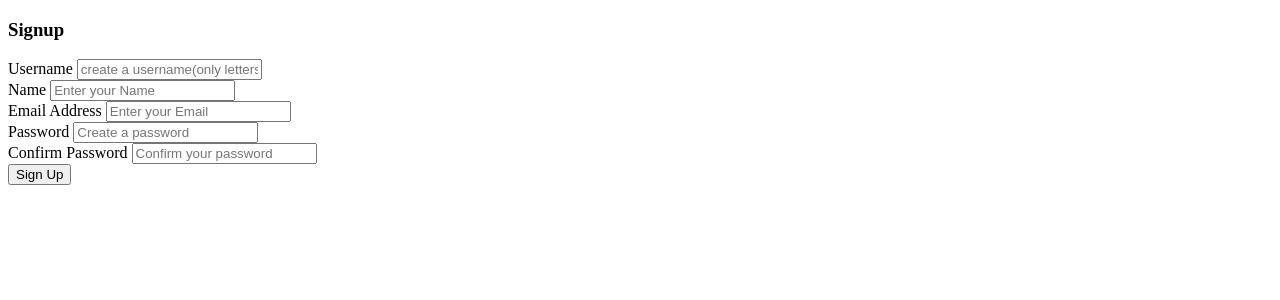
Repository: DHYEY3559/CVM-Project
Page: http://localhost/signup
These files come from the project's save history. The page is drawn as it stood at one moment and after the next save; the edit follows.
The browser window is 1280 px wide. The pictures show the whole page.
The page is served by the project's application, run on Django 5.2 (manage.py). Other server files are loaded and not shown.

Above is the page before, as saved 2024-06-25 12:04:58.

### Login website/templates/auth/signup.html
<!DOCTYPE html>
<!--[if lt IE 7]>      <html class="no-js lt-ie9 lt-ie8 lt-ie7"> <![endif]-->
<!--[if IE 7]>         <html class="no-js lt-ie9 lt-ie8"> <![endif]-->
<!--[if IE 8]>         <html class="no-js lt-ie9"> <![endif]-->
<!--[if gt IE 8]>      <html class="no-js"> <!--<![endif]-->
<html>
    <head>
        <meta charset="utf-8">
        <meta http-equiv="X-UA-Compatible" content="IE=edge">
        <title>Auth</title>
        <meta name="description" content="">
        <meta name="viewport" content="width=device-width, initial-scale=1">
        <link rel="stylesheets" href="">
    </head>
    <body>
        <h3>Signup</h3>
        <form action="/signup" method="post">
            {% csrf_token %}
            <label for="">Username</label>
            <input type="text" id="username" name="username" placeholder="create a username(only letters and numbers)">
            <br>
            <label for="">Name</label>
            <input type="text" id="name" name="name" placeholder="Enter your Name">
            <br>
            <label for="">Email Address</label>
            <input type="email" id="email" name="email" placeholder="Enter your Email">
            <br>
            <label for="">Password</label>
            <input type="password" id="pass1" name="pass1" placeholder="Create a password">
            <br>
            <label for="">Confirm Password</label>
            <input type="password" id="pass2" name="pass2" placeholder="Confirm your password">
            <br>
            <button type="submit">Sign Up</button>
        </form>

        <script src="" async defer></script>
    </body>
</html>

### Login website/auth/views.py
from django.shortcuts import redirect, render
from django.http import HttpResponse
from django.contrib.auth.models import User
from django.contrib import messages
from django.contrib.auth import authenticate,login
# Create your views here.
def home(request):
    return render(request, "auth/index.html")
def signup(request):

    if request.method == "POST":
        username = request.POST['username']
        name = request.POST['name']
        email = request.POST['email']
        pass1 = request.POST['pass1']
        pass2 = request.POST['pass2']

        myuser = User.objects.create_user(username ,email, pass1)
        myuser.first_name= name

        myuser.save()

        messages.success(request ,"Your Account As Been Created Successfully")

        return redirect('signin')
    return render(request, "auth/signup.html")



def signin(request):
    if request.method == 'POST':
        username = request.POST['username']
        pass1 = request.POST['pass1']

        user = authenticate(username=username, password=pass1)

        if user is None:
            login(request, user)
            name = user.first_name
            return render(request, "auth/index.html", {'name': name})

        else:
            messages.error(request, "Bad credentials!")
            return redirect('home')
    return render(request, "auth/signin.html")


def signout(request):
    return render(request, "auth/signup.html")

### Login website/Dhyey/urls.py
"""
URL configuration for Dhyey project.

The `urlpatterns` list routes URLs to views. For more information please see:
    https://docs.djangoproject.com/en/5.0/topics/http/urls/
Examples:
Function views
    1. Add an import:  from my_app import views
    2. Add a URL to urlpatterns:  path('', views.home, name='home')
Class-based views
    1. Add an import:  from other_app.views import Home
    2. Add a URL to urlpatterns:  path('', Home.as_view(), name='home')
Including another URLconf
    1. Import the include() function: from django.urls import include, path
    2. Add a URL to urlpatterns:  path('blog/', include('blog.urls'))
"""
from django.contrib import admin
from django.urls import path,include

urlpatterns = [
    path('admin/', admin.site.urls),
    path('',include('auth.urls')),
]

### Login website/auth/urls.py
from django.contrib import admin
from django.urls import path,include
from . import views

urlpatterns = [
    path('', views.home ,name="home"),
    path('signup',views.signup, name="signup"),
    path('signin',views.signin, name="signin"),
    path('signout',views.signout, name="signout"),
]

After the next save:
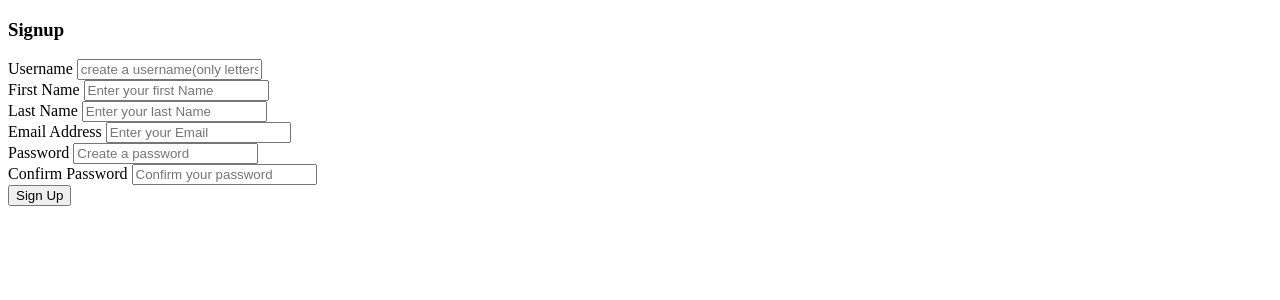
Saved 4 min 57 s later.
--- a/Login website/templates/auth/signup.html
+++ b/Login website/templates/auth/signup.html
@@ -19,8 +19,11 @@
             <label for="">Username</label>
             <input type="text" id="username" name="username" placeholder="create a username(only letters and numbers)">
             <br>
-            <label for="">Name</label>
-            <input type="text" id="name" name="name" placeholder="Enter your Name">
+            <label for="">First Name</label>
+            <input type="text" id="fname" name="fname" placeholder="Enter your first Name">
+            <br>
+            <label for="">Last Name</label>
+            <input type="text" id="lname" name="lname" placeholder="Enter your last Name">
             <br>
             <label for="">Email Address</label>
             <input type="email" id="email" name="email" placeholder="Enter your Email">
